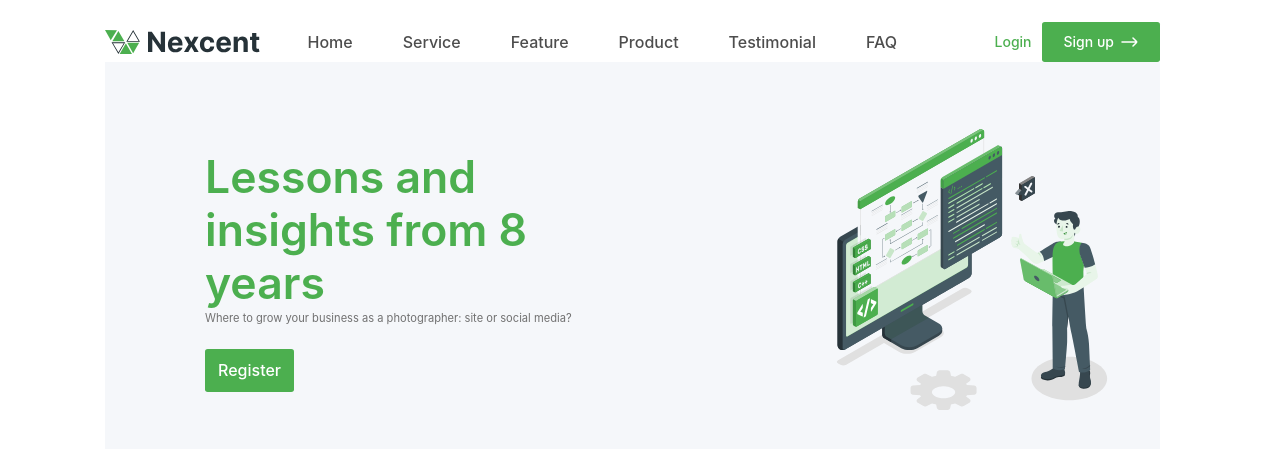
Repository: kubrazamanova/Folder4
Page: homePage/index.html
The author's editor kept a copy of each file at every save. The page is drawn from the files as they stood at one save, then again after the next save.
The browser window is 1280 px wide. The pictures show the whole page.

Above is the page before, as saved 2023-11-11 11:41:44.

After the next save:
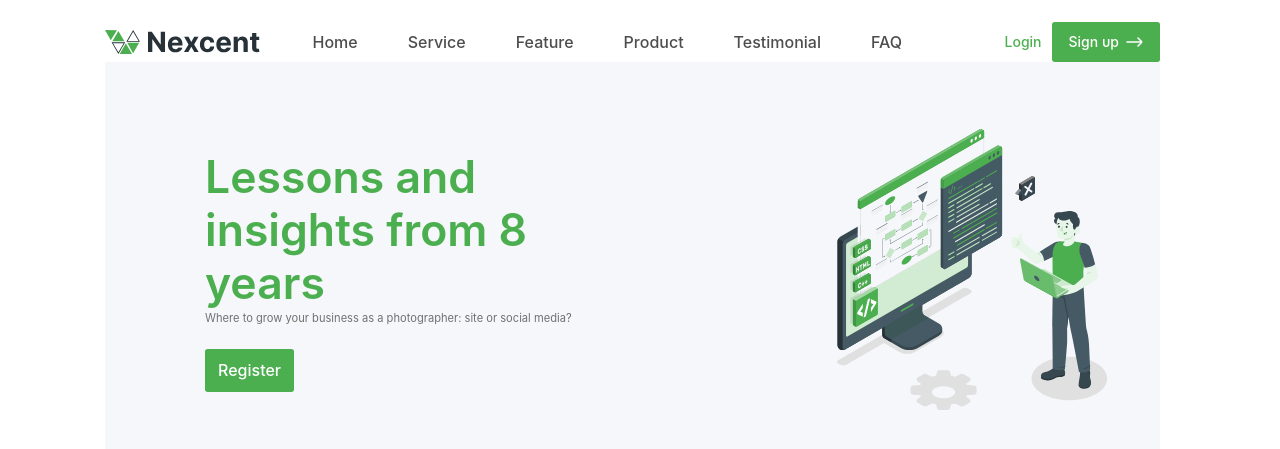
Saved 15 s later.
--- a/homePage/index.css
+++ b/homePage/index.css
@@ -56,7 +56,7 @@ line-height: 20px; /* 142.857% */
 text-decoration: none;
 }
 .container nav .signup-btn{
-  padding: 10px 22px;
+  padding: 10px 17px;
   margin-left: 10px;
   background-color: #4CAF4F;
   display: flex;
